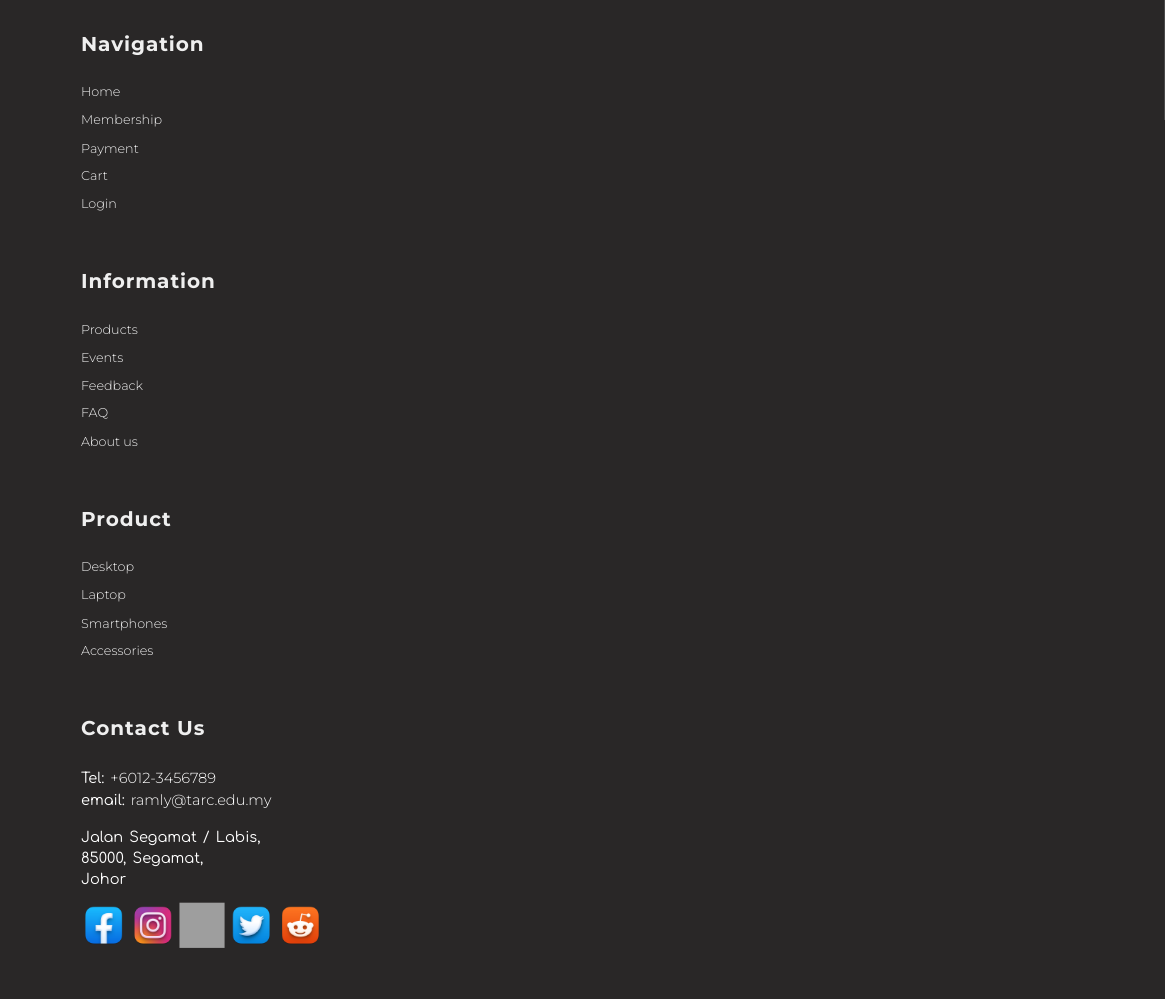
Repository: RamlyBurger/Hi-Tech
Page: membership.html
An editor plug-in stored every save of this project. The page is shown before and after the next save, followed by the edit.
The browser window is 1280 px wide. The pictures show the part of the page from y = 148 to 1246 px (the page is 1679 px tall before and 1716 px after), at 91% of full size.
Pictures or frames that could not be fetched are drawn as grey boxes.

Above is the page before, as saved 2022-09-30 08:28:12.

After the next save:
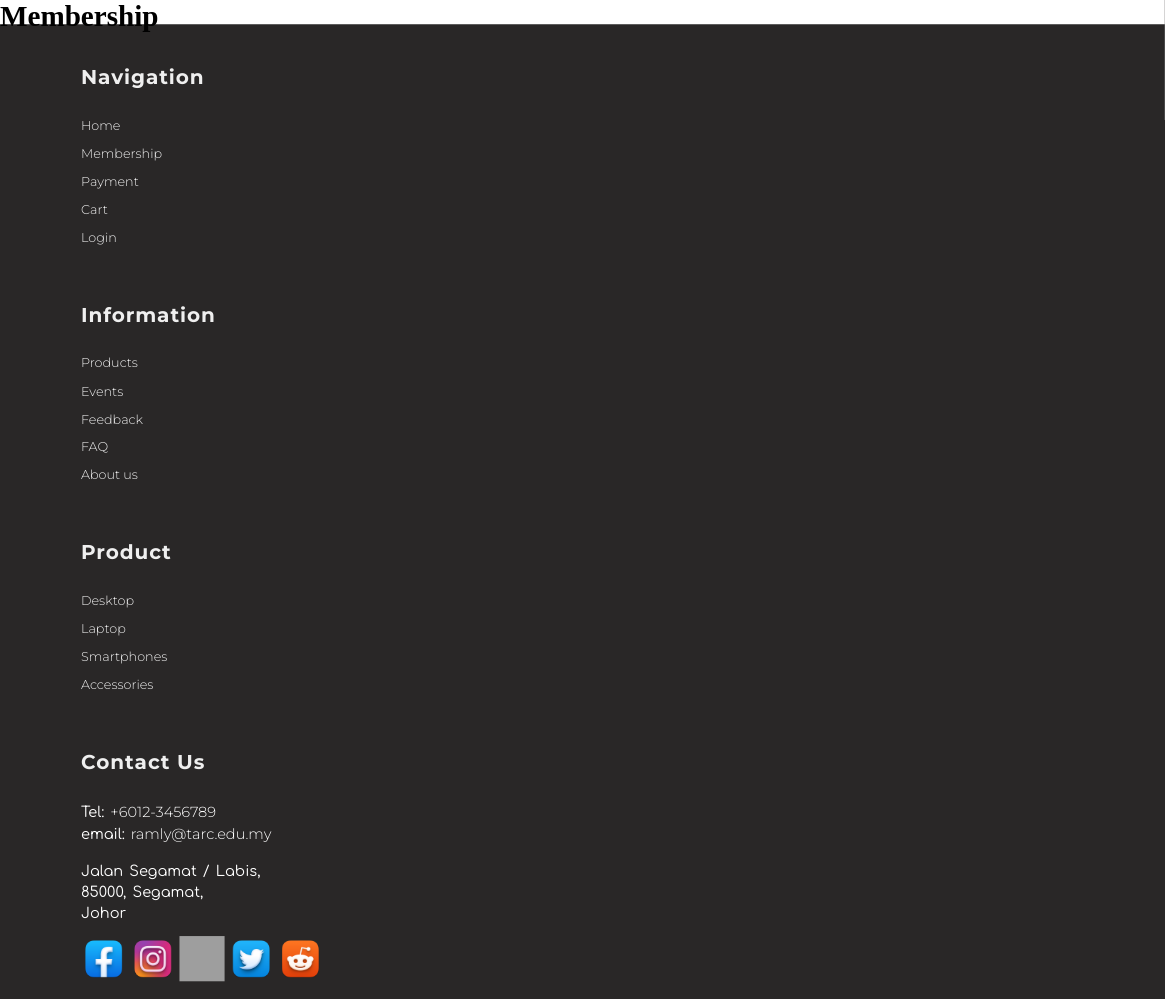
Saved 10 s later.
--- a/membership.html
+++ b/membership.html
@@ -62,7 +62,7 @@
 
 <!-- membership body -->
 <div class="membershipBox">
-
+  <h1>Membership</h1>
 </div>
 
 <!-- footer -->
